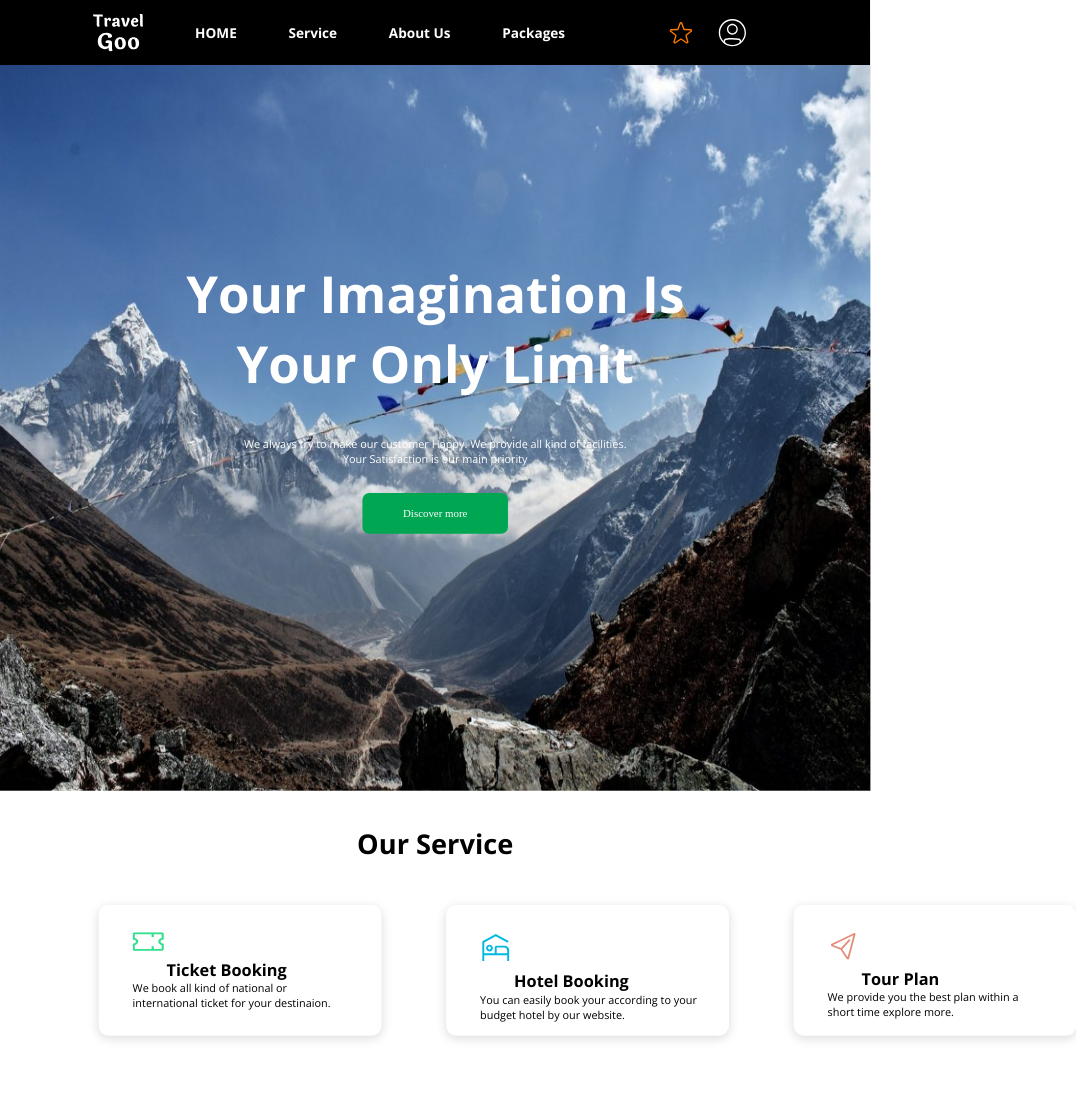
Repository: kubrazamanova/Background-Image
Page: index.html
An editor plug-in stored every save of this project. The page is shown before and after the next save, followed by the edit.
The browser window is 1280 px wide. The page is 1583 px wide, then 1577 px, so the pictures cover 1583 px, including what lies to the right of the window. The pictures show the whole page, at 68% of full size.

Above is the page before, as saved 2023-10-17 18:54:59.

### index.html
<!DOCTYPE html>
<html lang="en">
  <head>
    <meta charset="UTF-8" />
    <meta name="viewport" content="width=device-width, initial-scale=1.0" />
    <link rel="stylesheet" href="index.css" />
    <title>Document</title>
  </head>
  <body>
    <div class="container">
      <div class="home-page">
        <nav>
          <img src="./image/Travel Goo.svg" alt="" />
          <ul>
            <li>
              <a href="#">HOME</a>
            </li>
            <li>
              <a href="#service-page">Service</a>
            </li>
            <li>
              <a href="#">About Us</a>
            </li>

            <li>
              <a href="#">Packages</a>
            </li>
          </ul>
          <div class="photo1">
            <img src="./image/star.svg" alt="" />
            <img src="./image/user.svg" alt="" />
          </div>
        </nav>

        <main>
          <h1>Your Imagination Is Your Only Limit</h1>
          <p>
            We always try to make our customer Happy. We provide all kind of
            facilities. Your Satisfaction is our main priority
          </p>
          <a href="#">Discover more</a>
        </main>
      </div>
      <div id="service-page">
        <div class="our-service-page">
          <h1>Our Service</h1>

          <ul>
            <li>
              <svg
                xmlns="http://www.w3.org/2000/svg"
                width="46"
                height="28"
                viewBox="0 0 46 28"
                fill="none"
              >
                <path
                  d="M44.3571 10.9036C44.7929 10.9036 45.2107 10.76 45.5188 10.5044C45.8269 10.2488 46 9.90215 46 9.54067V2.72591C46 2.00295 45.6538 1.30961 45.0376 0.7984C44.4214 0.287193 43.5857 0 42.7143 0H3.28571C2.41429 0 1.57855 0.287193 0.962363 0.7984C0.346172 1.30961 0 2.00295 0 2.72591V9.54067C0 9.90215 0.173086 10.2488 0.481182 10.5044C0.789277 10.76 1.20714 10.9036 1.64286 10.9036C2.51428 10.9036 3.35002 11.1908 3.96621 11.702C4.5824 12.2132 4.92857 12.9066 4.92857 13.6295C4.92857 14.3525 4.5824 15.0458 3.96621 15.557C3.35002 16.0682 2.51428 16.3554 1.64286 16.3554C1.20714 16.3554 0.789277 16.499 0.481182 16.7546C0.173086 17.0102 0 17.3569 0 17.7184V24.5332C0 25.2561 0.346172 25.9495 0.962363 26.4607C1.57855 26.9719 2.41429 27.2591 3.28571 27.2591H42.7143C43.5857 27.2591 44.4214 26.9719 45.0376 26.4607C45.6538 25.9495 46 25.2561 46 24.5332V17.7184C46 17.3569 45.8269 17.0102 45.5188 16.7546C45.2107 16.499 44.7929 16.3554 44.3571 16.3554C43.4857 16.3554 42.65 16.0682 42.0338 15.557C41.4176 15.0458 41.0714 14.3525 41.0714 13.6295C41.0714 12.9066 41.4176 12.2132 42.0338 11.702C42.65 11.1908 43.4857 10.9036 44.3571 10.9036ZM42.7143 18.9042V24.5332H31.2143V20.4443H27.9286V24.5332H3.28571V18.9042C4.69199 18.5992 5.93673 17.9161 6.82512 16.9617C7.71351 16.0073 8.19542 14.8354 8.19542 13.6295C8.19542 12.4237 7.71351 11.2518 6.82512 10.2974C5.93673 9.34297 4.69199 8.65984 3.28571 8.3549V2.72591H27.9286V6.81477H31.2143V2.72591H42.7143V8.3549C41.308 8.65984 40.0633 9.34297 39.1749 10.2974C38.2865 11.2518 37.8046 12.4237 37.8046 13.6295C37.8046 14.8354 38.2865 16.0073 39.1749 16.9617C40.0633 17.9161 41.308 18.5992 42.7143 18.9042Z"
                  fill="#32DF8F"
                />
              </svg>
              <b>Ticket Booking</b>
              <p>
                We book all kind of national or international ticket for your
                destinaion.
              </p>
            </li>

            <li>
              <svg
                xmlns="http://www.w3.org/2000/svg"
                width="45"
                height="45"
                viewBox="0 0 45 45"
                fill="none"
              >
                <path
                  d="M13.3594 21.0938C13.7766 21.0938 14.1844 21.2175 14.5313 21.4492C14.8782 21.681 15.1485 22.0105 15.3082 22.3959C15.4678 22.7813 15.5096 23.2055 15.4282 23.6146C15.3468 24.0238 15.1459 24.3997 14.8509 24.6947C14.5559 24.9897 14.1801 25.1906 13.7709 25.272C13.3617 25.3534 12.9376 25.3116 12.5522 25.1519C12.1667 24.9923 11.8373 24.7219 11.6055 24.375C11.3737 24.0281 11.25 23.6203 11.25 23.2031C11.25 22.6437 11.4722 22.1072 11.8678 21.7116C12.2634 21.316 12.7999 21.0938 13.3594 21.0938ZM13.3594 18.2812C12.3859 18.2813 11.4343 18.5699 10.6249 19.1107C9.81553 19.6516 9.18468 20.4203 8.81216 21.3196C8.43963 22.219 8.34216 23.2086 8.53207 24.1633C8.72199 25.1181 9.19075 25.9951 9.87909 26.6834C10.5674 27.3718 11.4444 27.8405 12.3992 28.0304C13.3539 28.2203 14.3435 28.1229 15.2429 27.7503C16.1423 27.3778 16.9109 26.747 17.4518 25.9376C17.9926 25.1282 18.2813 24.1766 18.2813 23.2031C18.2813 21.8978 17.7627 20.6459 16.8397 19.7228C15.9166 18.7998 14.6647 18.2812 13.3594 18.2812Z"
                  fill="#00B8E0"
                />
                <path
                  d="M35.1562 19.6875H23.9062C23.1603 19.6875 22.445 19.9838 21.9175 20.5112C21.3901 21.0387 21.0938 21.7541 21.0938 22.5V30.9375H5.625V14.9062L22.5 5.82185L40.1203 15.3L41.4422 12.825L23.1609 2.98122C22.9575 2.87289 22.7305 2.81622 22.5 2.81622C22.2695 2.81622 22.0425 2.87289 21.8391 2.98122L3.55781 12.825C3.33326 12.9445 3.14536 13.1228 3.01411 13.3407C2.88285 13.5586 2.81318 13.8081 2.8125 14.0625V42.1875H5.625V33.75H39.375V42.1875H42.1875V26.7187C42.1875 24.8539 41.4467 23.0655 40.1281 21.7469C38.8095 20.4283 37.0211 19.6875 35.1562 19.6875ZM23.9062 30.9375V22.5H35.1562C36.2751 22.5 37.3482 22.9444 38.1394 23.7356C38.9305 24.5268 39.375 25.5998 39.375 26.7187V30.9375H23.9062Z"
                  fill="#00B8E0"
                />
              </svg>
              <b>Hotel Booking</b>
              <p>
                You can easily book your according to your budget hotel by our
                website.
              </p>
            </li>

            <li>
              <svg
                xmlns="http://www.w3.org/2000/svg"
                width="41"
                height="41"
                viewBox="0 0 41 41"
                fill="none"
              >
                <path
                  d="M37.9926 1.59009C37.7551 1.39292 37.4665 1.26731 37.1604 1.22788C36.8543 1.18845 36.5432 1.23683 36.2635 1.36739L2.7016 17.1207V20.1689L16.7983 25.8076L25.8404 39.7187H28.8893L38.5227 3.25115C38.6008 2.9525 38.5925 2.6378 38.4986 2.34372C38.4047 2.04964 38.2293 1.78828 37.9926 1.59009ZM27.0069 36.8113L19.2348 24.8538L31.1947 11.7545L29.3024 10.0267L17.2488 23.2282L5.62605 18.5791L35.5307 4.54201L27.0069 36.8113Z"
                  fill="#E48B78"
                />
              </svg>
              <b>Tour Plan</b>
              <p>
                We provide you the best plan within a short time explore more.
              </p>
            </li>
          </ul>
        </div>
        <!-- <div class="best-service">
          <h1>We always try to give you the best service</h1>
          <p>
            We always try to make our customer Happy. We provide all kind of
            facilities. Your Satisfaction is our main priority.
          </p>

          <ul>
            <li>
              <svg
                xmlns="http://www.w3.org/2000/svg"
                width="42"
                height="42"
                viewBox="0 0 42 42"
                fill="none"
              >
                <g clip-path="url(#clip0_10_30)">
                  <path
                    d="M39.375 3.93291L28.8658 3.93295V1.31714C28.8658 0.591982 28.2785 0.00463867 27.5533 0.00463867C26.8282 0.00463867 26.2408 0.591982 26.2408 1.31714V3.93229H15.7408V1.31714C15.7408 0.591982 15.1535 0.00463867 14.4283 0.00463867C13.7032 0.00463867 13.1158 0.591982 13.1158 1.31714V3.93229H2.625C1.17534 3.93229 0 5.10764 0 6.55729V39.3698C0 40.8194 1.17534 41.9948 2.625 41.9948H39.375C40.8247 41.9948 42 40.8194 42 39.3698V6.55729C42 5.10825 40.8247 3.93291 39.375 3.93291ZM39.375 39.3698H2.625V6.55729H13.1158V7.87964C13.1158 8.60475 13.7032 9.19214 14.4283 9.19214C15.1535 9.19214 15.7408 8.60475 15.7408 7.87964V6.55795H26.2408V7.88029C26.2408 8.60545 26.8282 9.19279 27.5533 9.19279C28.2785 9.19279 28.8658 8.60545 28.8658 7.88029V6.55795H39.375V39.3698ZM30.1875 20.9954H32.8125C33.537 20.9954 34.125 20.4074 34.125 19.6829V17.0579C34.125 16.3334 33.537 15.7454 32.8125 15.7454H30.1875C29.463 15.7454 28.875 16.3334 28.875 17.0579V19.6829C28.875 20.4074 29.463 20.9954 30.1875 20.9954ZM30.1875 31.4948H32.8125C33.537 31.4948 34.125 30.9074 34.125 30.1823V27.5573C34.125 26.8328 33.537 26.2448 32.8125 26.2448H30.1875C29.463 26.2448 28.875 26.8328 28.875 27.5573V30.1823C28.875 30.9081 29.463 31.4948 30.1875 31.4948ZM22.3125 26.2448H19.6875C18.963 26.2448 18.375 26.8328 18.375 27.5573V30.1823C18.375 30.9074 18.963 31.4948 19.6875 31.4948H22.3125C23.037 31.4948 23.625 30.9074 23.625 30.1823V27.5573C23.625 26.8334 23.037 26.2448 22.3125 26.2448ZM22.3125 15.7454H19.6875C18.963 15.7454 18.375 16.3334 18.375 17.0579V19.6829C18.375 20.4074 18.963 20.9954 19.6875 20.9954H22.3125C23.037 20.9954 23.625 20.4074 23.625 19.6829V17.0579C23.625 16.3328 23.037 15.7454 22.3125 15.7454ZM11.8125 15.7454H9.1875C8.463 15.7454 7.875 16.3334 7.875 17.0579V19.6829C7.875 20.4074 8.463 20.9954 9.1875 20.9954H11.8125C12.537 20.9954 13.125 20.4074 13.125 19.6829V17.0579C13.125 16.3328 12.537 15.7454 11.8125 15.7454ZM11.8125 26.2448H9.1875C8.463 26.2448 7.875 26.8328 7.875 27.5573V30.1823C7.875 30.9074 8.463 31.4948 9.1875 31.4948H11.8125C12.537 31.4948 13.125 30.9074 13.125 30.1823V27.5573C13.125 26.8334 12.537 26.2448 11.8125 26.2448Z"
                    fill="#005F15"
                  />
                </g>
                <defs>
                  <clipPath id="clip0_10_30">
                    <rect width="42" height="42" fill="white" />
                  </clipPath>
                </defs>
              </svg>
              <b>15+</b>
              <p>Years of Experience</p>
            </li>

            <li>
              <svg
                xmlns="http://www.w3.org/2000/svg"
                width="43"
                height="43"
                viewBox="0 0 43 43"
                fill="none"
              >
                <path
                  d="M37.2891 33.2578H8.39844V7.05469C8.39844 6.86992 8.24727 6.71875 8.0625 6.71875H5.71094C5.52617 6.71875 5.375 6.86992 5.375 7.05469V35.9453C5.375 36.1301 5.52617 36.2812 5.71094 36.2812H37.2891C37.4738 36.2812 37.625 36.1301 37.625 35.9453V33.5938C37.625 33.409 37.4738 33.2578 37.2891 33.2578ZM12.0938 29.8984H14.4453C14.6301 29.8984 14.7812 29.7473 14.7812 29.5625V23.5156C14.7812 23.3309 14.6301 23.1797 14.4453 23.1797H12.0938C11.909 23.1797 11.7578 23.3309 11.7578 23.5156V29.5625C11.7578 29.7473 11.909 29.8984 12.0938 29.8984ZM18.4766 29.8984H20.8281C21.0129 29.8984 21.1641 29.7473 21.1641 29.5625V16.125C21.1641 15.9402 21.0129 15.7891 20.8281 15.7891H18.4766C18.2918 15.7891 18.1406 15.9402 18.1406 16.125V29.5625C18.1406 29.7473 18.2918 29.8984 18.4766 29.8984ZM24.8594 29.8984H27.2109C27.3957 29.8984 27.5469 29.7473 27.5469 29.5625V19.4004C27.5469 19.2156 27.3957 19.0645 27.2109 19.0645H24.8594C24.6746 19.0645 24.5234 19.2156 24.5234 19.4004V29.5625C24.5234 29.7473 24.6746 29.8984 24.8594 29.8984ZM31.2422 29.8984H33.5938C33.7785 29.8984 33.9297 29.7473 33.9297 29.5625V12.7656C33.9297 12.5809 33.7785 12.4297 33.5938 12.4297H31.2422C31.0574 12.4297 30.9062 12.5809 30.9062 12.7656V29.5625C30.9062 29.7473 31.0574 29.8984 31.2422 29.8984Z"
                  fill="#005F15"
                />
              </svg>
              <b>15k+</b>
              <p>Happy Travellers</p>
            </li>

            <li>
              <svg
                xmlns="http://www.w3.org/2000/svg"
                width="43"
                height="43"
                viewBox="0 0 43 43"
                fill="none"
              >
                <path
                  d="M21.5 32.25L13.3166 20.6938C11.9771 19.1122 11.1145 17.1827 10.8292 15.1299C10.5439 13.0771 10.8478 10.9855 11.7053 9.09874C12.5628 7.21193 13.9387 5.60758 15.6728 4.47252C17.4068 3.33747 19.4277 2.71843 21.5 2.6875C24.3726 2.71589 27.1168 3.88155 29.1317 5.92918C31.1466 7.97681 32.2679 10.7395 32.25 13.6122C32.2511 16.1182 31.3979 18.5497 29.8312 20.5056L21.5 32.25ZM21.5 5.375C19.339 5.39982 17.2763 6.28119 15.7646 7.8256C14.253 9.37001 13.416 11.4512 13.4375 13.6122C13.4465 15.5846 14.1561 17.4896 15.4397 18.9872L21.5 27.5738L27.7216 18.8125C28.9042 17.3363 29.553 15.5036 29.5625 13.6122C29.584 11.4512 28.747 9.37001 27.2354 7.8256C25.7237 6.28119 23.6609 5.39982 21.5 5.375Z"
                  fill="#005F15"
                />
                <path
                  d="M21.5 14.7812C22.9843 14.7812 24.1875 13.578 24.1875 12.0938C24.1875 10.6095 22.9843 9.40625 21.5 9.40625C20.0157 9.40625 18.8125 10.6095 18.8125 12.0938C18.8125 13.578 20.0157 14.7812 21.5 14.7812Z"
                  fill="#005F15"
                />
                <path
                  d="M37.625 16.125H34.9375V18.8125H37.625V37.625H5.375V18.8125H8.0625V16.125H5.375C4.66223 16.125 3.97865 16.4081 3.47465 16.9122C2.97065 17.4162 2.6875 18.0997 2.6875 18.8125V37.625C2.6875 38.3378 2.97065 39.0213 3.47465 39.5253C3.97865 40.0294 4.66223 40.3125 5.375 40.3125H37.625C38.3378 40.3125 39.0213 40.0294 39.5253 39.5253C40.0294 39.0213 40.3125 38.3378 40.3125 37.625V18.8125C40.3125 18.0997 40.0294 17.4162 39.5253 16.9122C39.0213 16.4081 38.3378 16.125 37.625 16.125Z"
                  fill="#005F15"
                />
              </svg>
              <b>650+</b>
              <p>Places Visited</p>
            </li>

            <li>
              <svg
                xmlns="http://www.w3.org/2000/svg"
                width="35"
                height="35"
                viewBox="0 0 35 35"
                fill="none"
              >
                <path
                  d="M3.09169 19.7254C4.17377 26.6977 10.2404 32.0775 17.5015 32.0775C25.5209 32.0775 32.0819 25.5164 32.0819 17.497C32.0819 9.47767 25.5223 2.91663 17.5029 2.91663C12.6934 2.91663 8.46127 5.25142 5.83335 8.74996V2.91808L2.92106 2.91663L2.91669 13.125H13.125V10.2083L8.45981 10.2068C10.5 7.58475 13.8571 5.83329 17.5029 5.83329C23.9167 5.83329 29.1667 11.0833 29.1667 17.497C29.1667 23.9108 23.9167 29.1622 17.5015 29.1622C11.8461 29.1622 7.10065 25.0877 6.05502 19.7254H3.09169Z"
                  fill="#005F15"
                />
                <path
                  d="M16.0446 10.2069V17.939L20.7127 24.2054L23.046 22.4598L18.9612 17.0625V10.2069H16.0446Z"
                  fill="#005F15"
                />
              </svg>
              <b>2k+</b>
              <p>Travel History</p>
            </li>
          </ul>
        </div> -->
      </div>
    </div>
  </body>
</html>

### index.css
@import url("https://fonts.googleapis.com/css2?family=Open+Sans:wght@400;700&display=swap");
* {
  margin: 0;
  padding: 0;
  box-sizing: border-box;
}

.home-page {
  min-height: 100vh;
  background-image: url("./image/mount-everest-1313x875.jpg");
  background-repeat: no-repeat;
  background-size: 100% 100%;
}

.home-page nav {
  width: 100%;
  padding: 20px 145px 20px 136px;
  background-color: black;
  display: flex;
  justify-content: space-between;
  position: fixed;
}

.home-page ul {
  display: flex;
  align-items: center;
}

.home-page ul li a {
  margin-right: 76px;
  list-style-type: none;
  text-decoration: none;
  color: #fff;
  font-family: Open Sans;
  font-size: 20px;
  font-style: normal;
  font-weight: 600;
  line-height: normal;
}
.home-page .photo1 {
  display: flex;
  align-items: center;
}

.home-page .photo1 img {
  margin-right: 34px;
}

main {
  padding: 381px 475px 378px 475px;
  display: flex;
  flex-direction: column;
  justify-content: center;
  align-items: center;
}

.home-page h1 {
  width: 779px;
  color: #fff;
  text-align: center;
  font-family: Open Sans;
  font-size: 75px;
  font-style: normal;
  font-weight: 800;
  line-height: normal;
}

.home-page p {
  width: 568px;
  margin-top: 57px;
  color: #fff;
  text-align: center;
  font-family: Open Sans;
  font-size: 16px;
  font-style: normal;
  font-weight: 400;
  line-height: normal;
}

.home-page main a {
  display: block;
  margin-top: 39px;
  width: 214px;
  height: 60px;
  border-radius: 10px;
  background: #00a651;
  text-decoration: none;
  color: white;
  display: flex;
  justify-content: center;
  align-items: center;
}

.our-service-page {
  padding: 50px 145px 88px 145px;
  background-color: #fff;
}

.our-service-page h1 {
  color: #000;
  text-align: center;
  font-family: Open Sans;
  font-size: 40px;
  font-style: normal;
  font-weight: 700;
  line-height: normal;
}

.our-service-page ul {
  display: flex;
}

.our-service-page ul li {
  width: 416px;
  padding: 40px 50px 20px ;
  /* height: 232px; */
  margin-right: 95px;
  margin-top: 63px;
  list-style-type: none;
  border-radius: 15px;
  background-color: #f9f9f9;
  border-radius: 15px;
  background: #fff;
  box-shadow: 0px 4px 16px 0px rgba(0, 0, 0, 0.15);
  /* display: flex;
  flex-direction: column;
  justify-content: center; */
}

.our-service-page ul li svg {
  width: 46px;
  margin-bottom: 36px;
}

.our-service-page ul li b {
  width: 177px;
  margin-bottom: 19px;
  color: #000;
  text-align: center;
  font-family: Open Sans;
  font-size: 24px;
  font-style: normal;
  font-weight: 700;
  line-height: normal;
}

.our-service-page ul li p {
  width: 319px;
  color: #000;
  font-family: Open Sans;
  font-size: 16px;
  font-style: normal;
  font-weight: 400;
  line-height: normal;
}

.best-service {
  padding: 169px 167px 113px 176px;
  min-height: 100vh;
  background: rgba(0, 88, 83, 0.05);
  display: flex;
  flex-direction: column;
  justify-content: center;
  align-items: center;
}

.best-service h1 {
  width: 518px;
  color: #000;
  text-align: center;
  font-family: Open Sans;
  font-size: 40px;
  font-style: normal;
  font-weight: 700;
  line-height: normal;
}

.best-service p {
  width: 495px;
  margin-top: 19px;
  color: #000;
  text-align: center;
  font-family: Open Sans;
  font-size: 16px;
  font-style: normal;
  font-weight: 400;
  line-height: normal;
}

.best-service ul {
  margin-top: 118px;
  display: flex;
}

.best-service ul li {
  list-style-type: none;
  width: 250px;
  height: 250px;
  border-radius: 15px;
  background: #fff;
  margin-right: 136px;
  display: flex;
  flex-direction: column;
  align-items: center;
}

.best-service svg {
  margin-top: 43px;
  width: 42px;
  height: 42px;
}

.best-service b {
  margin-top: 19px;
  color: #000;
  font-family: Open Sans;
  font-size: 36px;
  font-style: normal;
  font-weight: 700;
  line-height: normal;
}

.best-service p {
  color: #000;
  text-align: center;
  font-family: Open Sans;
  font-size: 20px;
  font-style: normal;
  font-weight: 400;
  line-height: normal;
}

After the next save:
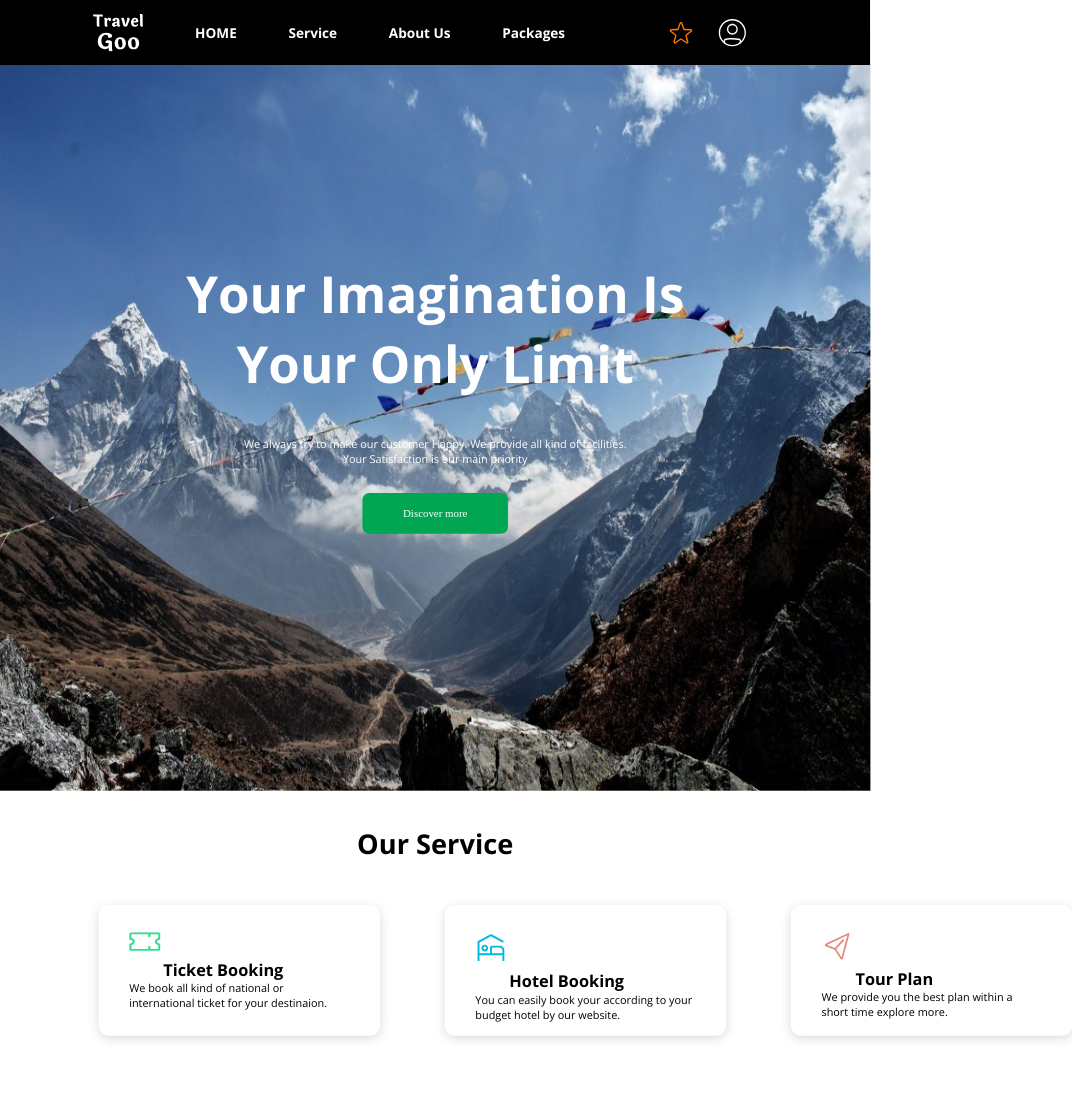
Saved 13 s later.
--- a/index.css
+++ b/index.css
@@ -112,7 +112,7 @@ main {
 
 .our-service-page ul li {
   width: 416px;
-  padding: 40px 50px 20px ;
+  padding: 40px 50px 20px 45px;
   /* height: 232px; */
   margin-right: 95px;
   margin-top: 63px;
